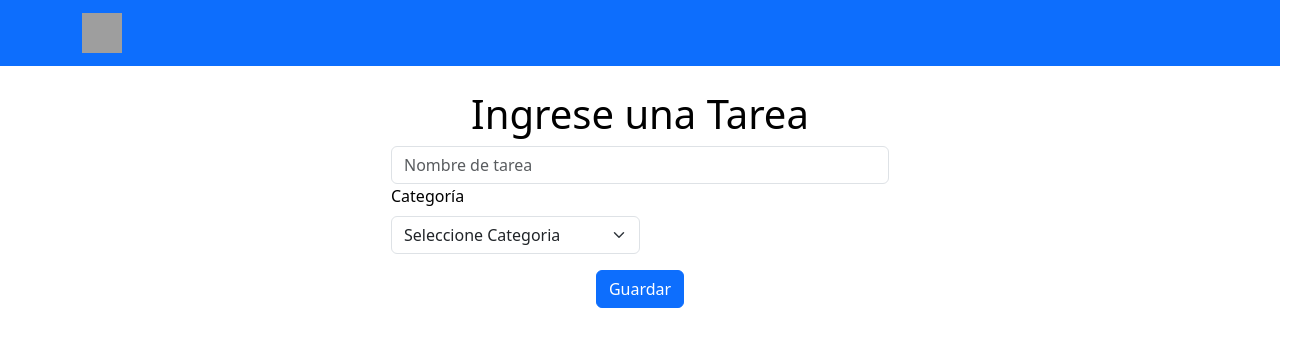
Repository: mgarrido0gb/registroTareas
Page: http://localhost/Tareas/Home
The author's editor kept a copy of each file at every save. The page is drawn from the files as they stood at one save, then again after the next save.
The browser window is 1280 px wide. The page is 1292 px wide, so the pictures cover 1292 px, including what lies to the right of the window. The pictures show the whole page.
Pictures or frames that could not be fetched are drawn as grey boxes. The page is served by Tomcat 10. Other server files are loaded and not shown. Queries for data that is not in the repository find no rows.

Above is the page before, as saved 2024-05-21 20:47:24.

### Tareas/src/main/webapp/WEB-INF/home.jsp
<%@page import="models.Categoria"%>
<%@page import="models.Tarea"%>
<%@ page language="java" contentType="text/html; charset=ISO-8859-1"
    pageEncoding="ISO-8859-1" import="java.util.ArrayList" import="models.Tarea" import="models.Categoria"%>
<!doctype html>
<html lang="en">
  <head>
    <meta charset="utf-8">
    <meta name="viewport" content="width=device-width, initial-scale=1">
    <title>Registro Tareas</title>
    <link href="https://cdn.jsdelivr.net/npm/bootstrap@5.3.3/dist/css/bootstrap.min.css" rel="stylesheet" integrity="sha384-QWTKZyjpPEjISv5WaRU9OFeRpok6YctnYmDr5pNlyT2bRjXh0JMhjY6hW+ALEwIH" crossorigin="anonymous">
    <style type="text/css">
    	body{
    		background-color: white;
    		color: black;
    	}

    	li{
    		color: black;
    	}

    	.logotipo{
    		width: 30px;
    		height: 30px;
    	}






    </style>

  </head>
  <body>
  	<nav class="navbar bg-primary" id="nav">
  		<div class="container">
    		<a class="navbar-brand" href="#">
      			<img src="https://cdn-icons-png.flaticon.com/512/181/181627.png"  width="40" height="40">
    		</a>
  		</div>
	</nav>
    <% ArrayList<Categoria> cats = (ArrayList<Categoria>)request.getAttribute("cats"); %>
    <div class="container">
    	<div class="row justify-content-center">
        	<div class="col-12 col-md-9 col-lg-6">
            	<form action="/Tareas/Home" method="post">
                	<div class="p-4">
                    	<h1 class="text-center">Ingrese una Tarea</h1>
                    	<div class="form-group">
                        	<input class="form-control" placeholder="Nombre de tarea" name="texto" type="text" required>
                    	</div>
                    	<div class="col-12 col-md-9 col-lg-6">
              				<label for="exampleInputPassword1" class="form-label">Categoría</label>
              				<select class="form-select" name="categoria_id" required>
                				<option selected value>Seleccione Categoria</option>
                					<% for (Categoria c: cats) { %>
                						<option value="<%=c.id %>"><%=c.nombre %></option>
                					<% } %>
              				</select>
     					</div>
                    	<div class="text-center mt-3">
                        	<input type="submit" value="Guardar" class="btn btn-primary" onclick="mensaje()">
                    	</div>
                	</div>

            	</form>
        	</div>
    	</div>
	</div>






   <div class="row">
   		<div class="col-6 offset-3 d-block m-auto m-0 p-2 col-md-3">
   			 <%
    			ArrayList<Tarea> tareas = (ArrayList<Tarea>)request.getAttribute("tareas");
    		%>

    			<% for (Tarea t: tareas) { %>
    				<ul class="list-group text-center">
    					<li <% if (t.completada == true){ %>class="text-decoration-line-through text-danger"<% } %> class="list-group-item text-center">
    		 				<%=t.texto %> (creada en: <%=t.fecha %>)
    		 				<a href="/Tareas/CheckearTarea?id=<%=t.id%>"><img src="https://img.icons8.com/?size=48&id=sz8cPVwzLrMP&format=png" class="logotipo" onclick="check()" ></img></a>
    		 				<a href="/Tareas/GestionTarea?id=<%=t.id%>"><img src="https://img.icons8.com/?size=48&id=pre7LivdxKxJ&format=png" class="logotipo" onclick="eliminar()"></img></a>
    					</li>
    				<br>
    			<%}%>
    		</ul>

   		</div>
   </div>


   <script type="text/javascript">


   	function mensaje(){
   		alert("Tarea Agregada con éxito");
   	}

   	function eliminar(){
   		alert("Tarea eliminada con éxito");
   	}

   	function check(){
   		alert("Tarea Realizada con éxito");
   	}

   </script>
    <script src="https://cdn.jsdelivr.net/npm/bootstrap@5.3.3/dist/js/bootstrap.bundle.min.js" integrity="sha384-YvpcrYf0tY3lHB60NNkmXc5s9fDVZLESaAA55NDzOxhy9GkcIdslK1eN7N6jIeHz" crossorigin="anonymous"></script>
  </body>
</html>

### Tareas/src/main/java/servlets/Home.java
package servlets;

import jakarta.servlet.RequestDispatcher;
import jakarta.servlet.ServletException;
import jakarta.servlet.annotation.WebServlet;
import jakarta.servlet.http.HttpServlet;
import jakarta.servlet.http.HttpServletRequest;
import jakarta.servlet.http.HttpServletResponse;
import models.Categoria;
import models.Tarea;

import java.io.IOException;
import java.sql.SQLException;
import java.util.ArrayList;

import daos.CategoriaDao;
import daos.TareaDao;


/**
 * Servlet implementation class Home
 */
public class Home extends HttpServlet {
	private static final long serialVersionUID = 1L;

    /**
     * Default constructor.
     */
    public Home() {
        // TODO Auto-generated constructor stub
    }

	/**
	 * @throws IOException
	 * @throws ServletException
	 * @see HttpServlet#doGet(HttpServletRequest request, HttpServletResponse response)
	 */
	protected void doGet(HttpServletRequest request, HttpServletResponse response) throws ServletException, IOException  {
		// TODO Auto-generated method stub
		try {
			ArrayList<Tarea> tareas = TareaDao.getAll();
			System.out.println(tareas);
			request.setAttribute("tareas", tareas);

			ArrayList<Categoria> cats = CategoriaDao.getAll();
			request.setAttribute("cats", cats);
		} catch(SQLException e) {
			System.out.println(e);
		}


		// 2. Cargamos el JSP
		RequestDispatcher vista = request.getRequestDispatcher("WEB-INF/home.jsp");
		vista.forward(request, response);
	}

	/**
	 * @see HttpServlet#doPost(HttpServletRequest request, HttpServletResponse response)
	 */
	protected void doPost(HttpServletRequest request, HttpServletResponse response) throws ServletException, IOException {
		// TODO Auto-generated method stub
		String textoNuevaTarea = request.getParameter("texto");
		try {
			TareaDao.addNew(textoNuevaTarea);

		} catch (SQLException e) {
			// TODO Auto-generated catch block
			e.printStackTrace();
		}


		response.sendRedirect("/Tareas/Home");
	}

}

### Tareas/src/main/java/daos/TareaDao.java
package daos;

import java.sql.Connection;
import java.sql.PreparedStatement;
import java.sql.ResultSet;
import java.sql.SQLException;
import java.sql.Statement;
import java.util.ArrayList;

import models.Categoria;
import models.MyConn;
import models.Tarea;

public class TareaDao {

	static public void addNew(String textoNuevaTarea) throws SQLException {
		//1.-  nueva conexion
		Connection conn = MyConn.getConnection();
		//2.- consulta
		PreparedStatement consulta =conn.prepareStatement("INSERT INTO TAREAS (texto) values(?)");
		consulta.setString(1, textoNuevaTarea);
		consulta.execute();
	}

	static public void deleteById (int idTarea) throws SQLException {
		// 1. Pedimos una conexion nueva
		Connection conn = MyConn.getConnection();
		// 2. Creamos la consulta
		PreparedStatement stmt = conn.prepareStatement(
			"delete from tareas where id=?"
		);
		stmt.setInt(1, idTarea);
		// 3. Ejecutar la stmt
		stmt.executeUpdate();
	  }

	static public void checkById (int idTarea) throws SQLException {
		// 1. Pedimos una conexion nueva
		Connection conn = MyConn.getConnection();
		// 2. Creamos la consulta
		PreparedStatement stmt = conn.prepareStatement(
			"update tareas set completada = true where id = ?"
		);
		stmt.setInt(1, idTarea);
		// 3. Ejecutar la stmt
		stmt.executeUpdate();
	  }





	static public ArrayList<String> get_textos () throws SQLException {
		// 1. Creamos un ArrayList vacío
		ArrayList<String> textos = new ArrayList<String>();
		// 2. Pedimos una conección nueva
		Connection conn = MyConn.getConnection();
		// 3. Creamos y ejecutamos la consulta
		Statement consulta = conn.createStatement();
		ResultSet respuesta = consulta.executeQuery("select * from tareas");

		// 4. Vamos llenando el ArrayList con lo que tenga la respuesta
		while (respuesta.next()) {
		  textos.add( respuesta.getString("texto") );
		}
		// 5. Retornamos el ArrayList, ahora lleno
		return textos;
	  }



	static public ArrayList<Tarea> getAll () throws SQLException {
		// 1. Creamos un ArrayList vacío
		ArrayList<Tarea> tareas = new ArrayList<Tarea>();
		// 2. Pedimos una conección nueva
		Connection conn = MyConn.getConnection();
		// 3. Creamos y ejecutamos la consulta
		Statement consulta = conn.createStatement();
		ResultSet respuesta = consulta.executeQuery("select * from tareas");

		// 4. Vamos llenando el ArrayList con lo que tenga la respuesta
		while (respuesta.next()) {
			Tarea t = new Tarea(
					respuesta.getInt("id"),
					respuesta.getString("texto"),
					respuesta.getBoolean("completada"),
					respuesta.getDate("fecha")

			);
		  tareas.add(t);
		}
		return tareas;
	  }
}

### Tareas/src/main/java/models/MyConn.java
package models;

import java.sql.Connection;
import java.sql.DriverManager;
import java.sql.SQLException;

public class MyConn {
	static final String URL = "jdbc:postgresql://localhost/ejemplo_dao";
	static final String USER = "postgres";
	static final String PASSWORD = "12345";
	static final String DRIVER = "org.postgresql.Driver";

	static public Connection conn = null;

    static public Connection getConnection () {
      if (conn != null) {
        return conn;
      }
      try {
    	Class.forName(DRIVER);
    	conn = (Connection) DriverManager.getConnection(URL, USER, PASSWORD);
      }
      catch (ClassNotFoundException | SQLException e) {
    	e.printStackTrace();
      }
      return conn;
    }
}

### Tareas/src/main/java/daos/CategoriaDao.java
package daos;

import java.sql.Connection;
import java.sql.ResultSet;
import java.sql.SQLException;
import java.sql.Statement;
import java.util.ArrayList;

import models.Categoria;
import models.MyConn;


public class CategoriaDao {
	static public ArrayList<Categoria> getAll () throws SQLException {
		// 1. Creamos un ArrayList vacío
				ArrayList<Categoria> categorias = new ArrayList<Categoria>();
				// 2. Pedimos una conección nueva
				Connection conn = MyConn.getConnection();
				// 3. Creamos y ejecutamos la consulta
				Statement consulta = conn.createStatement();
				ResultSet respuesta = consulta.executeQuery("select * from categorias order by id");

				// 4. Vamos llenando el ArrayList con lo que tenga la respuesta
				while (respuesta.next()) {
				  Categoria t = new Categoria(
					respuesta.getInt("id"),
					respuesta.getString("nombre")
				  );
				  categorias.add( t );
				}
			  // 5. Retornamos el ArrayList, ahora lleno
			  return categorias;
}}

After the next save:
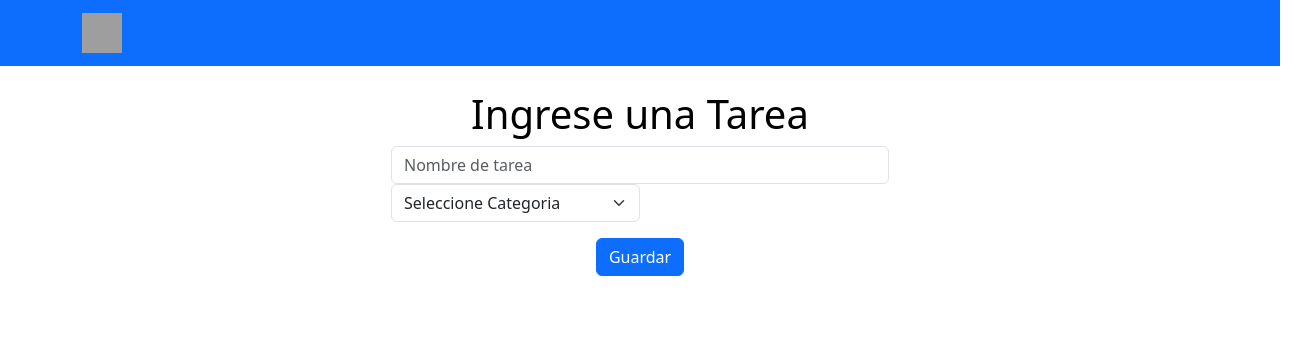
Saved 13 s later.
--- a/Tareas/src/main/webapp/WEB-INF/home.jsp
+++ b/Tareas/src/main/webapp/WEB-INF/home.jsp
@@ -51,7 +51,6 @@
                         	<input class="form-control" placeholder="Nombre de tarea" name="texto" type="text" required>
                     	</div>
                     	<div class="col-12 col-md-9 col-lg-6">
-              				<label for="exampleInputPassword1" class="form-label">Categoría</label>
               				<select class="form-select" name="categoria_id" required>
                 				<option selected value>Seleccione Categoria</option>
                 					<% for (Categoria c: cats) { %>
